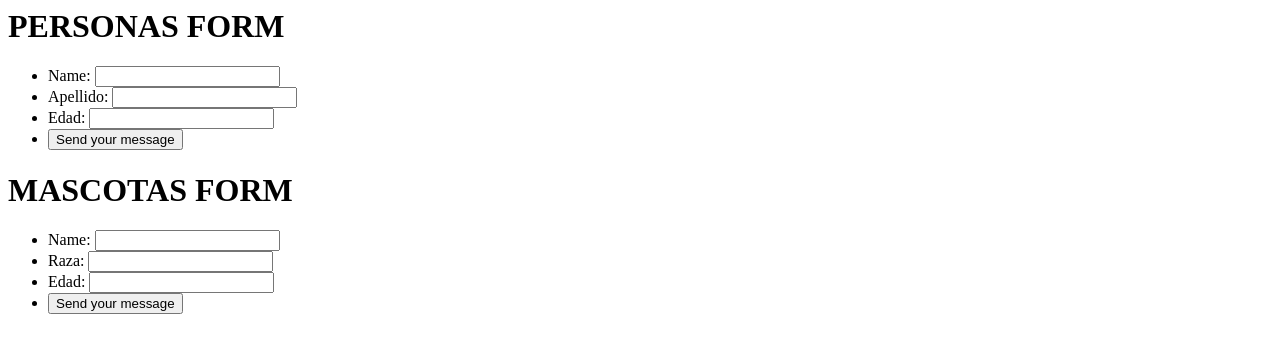
Repository: r-urchi/backend-coderhouse
Page: clase12/public/index.html
An editor plug-in stored every save of this project. The page is shown before and after a run of saves, followed by the edit.
The browser window is 1280 px wide. The pictures show the whole page.

Above is the page before, as saved 2021-08-01 16:48:32.

### clase12/public/index.html
<h1>PERSONAS FORM</h1>
<form action="/api/personas/guardar" method="post">
  <ul>
    <li>
      <label for="name">Name:</label>
      <input type="text" id="name" name="nombre">
    </li>
    <li>
      <label for="name">Apellido:</label>
      <input type="text" id="apellido" name="apellido">
    </li>
    <li>
      <label for="name">Edad:</label>
      <input type="text" id="edad" name="edad">
    </li>
    <li class="button">
      <button type="submit">Send your message</button>
    </li>
  </ul>
</form>


<h1>MASCOTAS FORM</h1>
<form action="/api/mascotas/guardar" method="post">
  <ul>
    <li>
      <label for="name">Name:</label>
      <input type="text" id="name" name="nombre">
    </li>
    <li>
      <label for="name">Raza:</label>
      <input type="text" id="apellido" name="raza">
    </li>
    <li>
      <label for="name">Edad:</label>
      <input type="text" id="edad" name="edad">
    </li>
    <li class="button">
      <button type="submit">Send your message</button>
    </li>
  </ul>
</form>

After the next 2 saves:
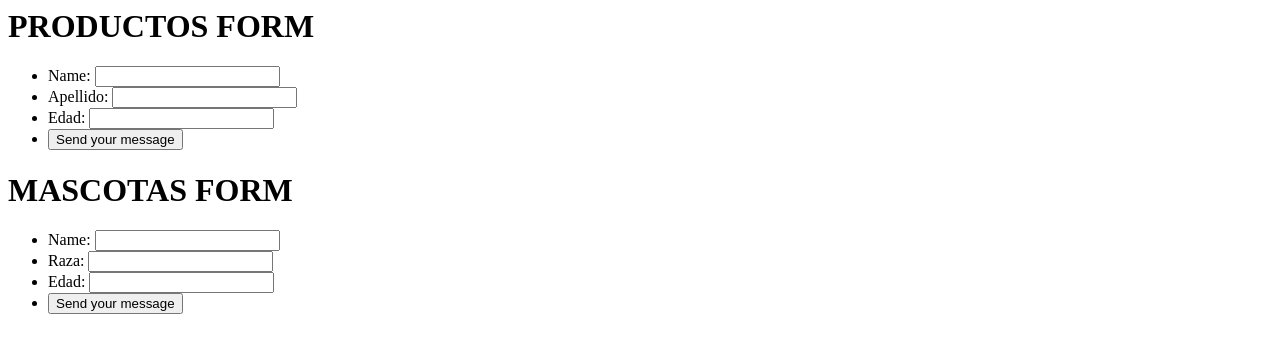
The 2 saves are shown as one change because they came seconds apart.
The last was saved 10 s later.
--- a/clase12/public/index.html
+++ b/clase12/public/index.html
@@ -1,4 +1,4 @@
-<h1>PERSONAS FORM</h1>
+<h1>PRODUCTOS FORM</h1>
 <form action="/api/personas/guardar" method="post">
   <ul>
     <li>
